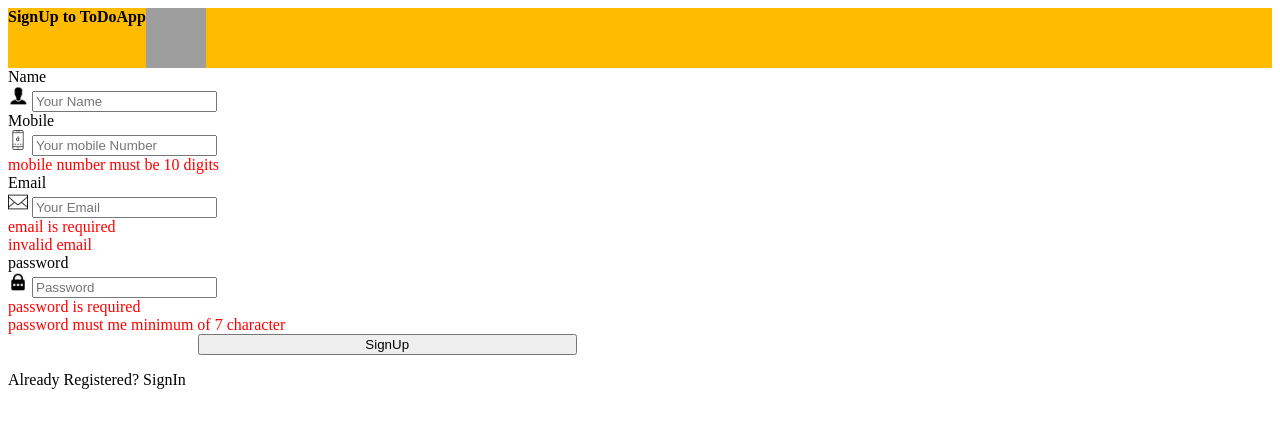
Repository: iamvinayhv/ToDoApp.
Page: toDoApp_2017/src/main/webapp/template/signUp.html
An editor plug-in stored every save of this project. The page is shown before and after a run of saves, followed by the edit.
The browser window is 1280 px wide. The pictures show the whole page.
Pictures or frames that could not be fetched are drawn as grey boxes.

Above is the page before, as saved 2017-06-22 07:08:45.

After the next 2 saves:
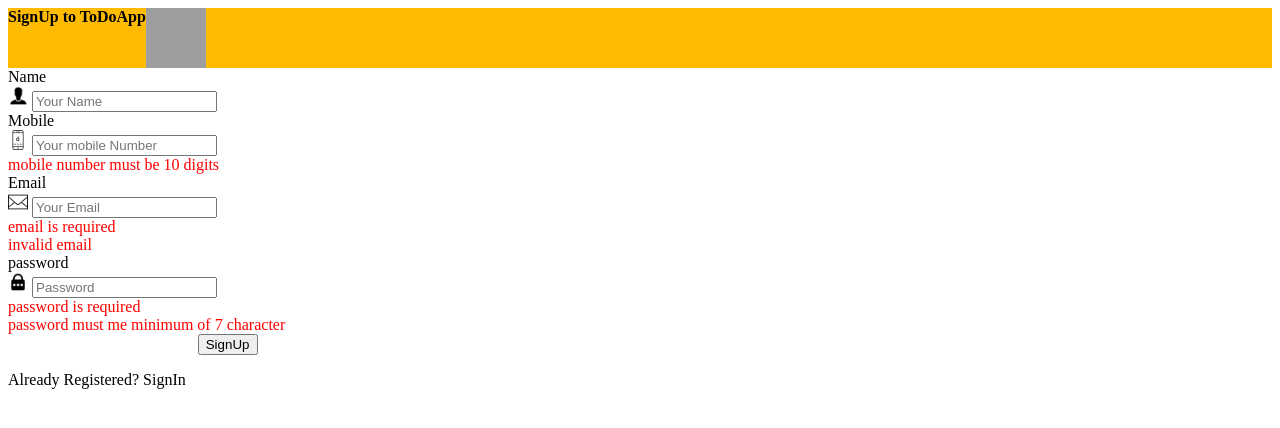
The 2 saves are shown as one change because they came seconds apart.
The last was saved 8 s later.
--- a/toDoApp_2017/src/main/webapp/template/signUp.html
+++ b/toDoApp_2017/src/main/webapp/template/signUp.html
@@ -92,7 +92,7 @@
 
 						<span style="color: red" class="error_form" id="password_error_msg"></span>
 
-						<div><button class="btn btn-success" type="button" data-ng-click="signUp()" style="width: 30%;margin-left: 15%">SignUp</button></div>
+						<div><button class="btn btn-success" type="button" data-ng-click="signUp()" style="width: 30%;margin-left: 15%;width: 60">SignUp</button></div>
 
 					</form>
 
